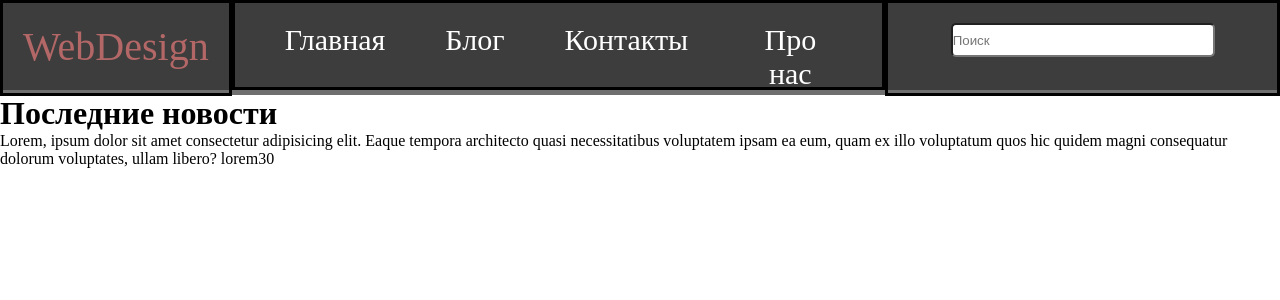
Repository: andbaik/Itprog
Page: index.htm
An editor plug-in stored every save of this project. The page is shown before and after the next save, followed by the edit.
The browser window is 1280 px wide. The pictures show the whole page.

Above is the page before, as saved 2021-01-19 16:59:37.

After the next save:
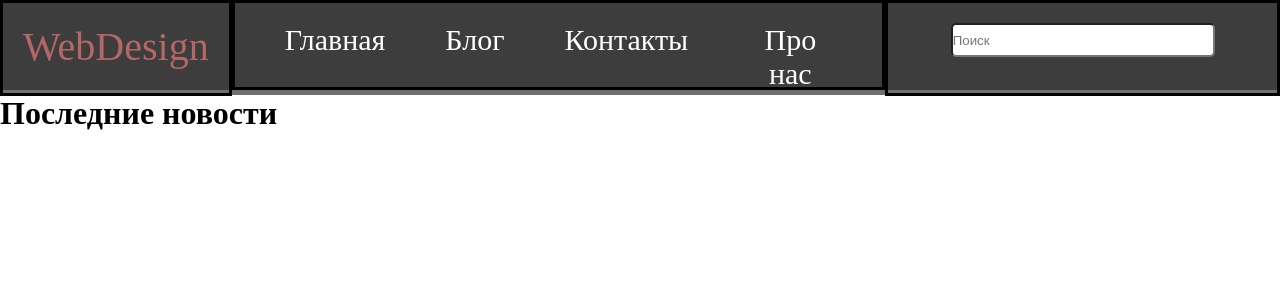
Saved 5 s later.
--- a/index.htm
+++ b/index.htm
@@ -28,9 +28,7 @@
     <div class="main">
         <div class="content">
             <h1>Последние новости</h1>
-            <p>Lorem, ipsum dolor sit amet consectetur adipisicing elit. Eaque tempora
-            architecto quasi necessitatibus voluptatem ipsam ea eum, quam ex illo voluptatum
-            quos hic quidem magni consequatur dolorum voluptates, ullam libero? lorem30</p>
+            <p></p>
         </div>
         <div class="asaid">
 
